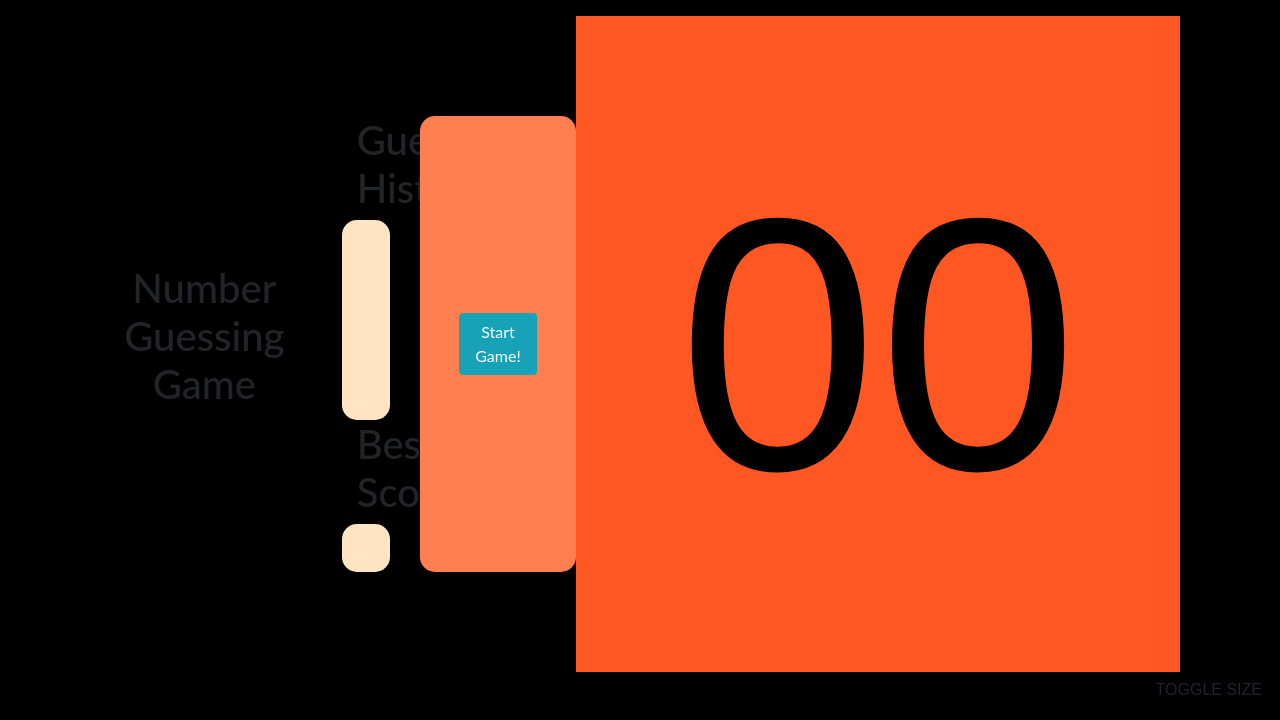
Repository: tts2610/NumberGuessingGame
Page: index.html
An editor plug-in stored every save of this project. The page is shown before and after the next save, followed by the edit.
The browser window is 1280 px wide. The pictures show the whole page.

Above is the page before, as saved 2020-05-13 19:29:32.
Console error: ReferenceError: Hammer is not defined

### index.html
<!DOCTYPE html>
<html lang="en">

<head>
    <meta charset="UTF-8">
    <meta name="viewport" content="width=device-width, initial-scale=1.0">
    <title>Document</title>
    <link rel="stylesheet" href="https://maxcdn.bootstrapcdn.com/bootstrap/4.4.1/css/bootstrap.min.css">

    <!-- jQuery library -->
    <script src="https://ajax.googleapis.com/ajax/libs/jquery/3.4.1/jquery.min.js"></script>

    <!-- Popper JS -->
    <script src="https://cdnjs.cloudflare.com/ajax/libs/popper.js/1.16.0/umd/popper.min.js"></script>

    <!-- Latest compiled JavaScript -->
    <script src="https://maxcdn.bootstrapcdn.com/bootstrap/4.4.1/js/bootstrap.min.js"></script>
    <link rel="stylesheet" href="css/style.css">

</head>

<body>

    <section class="container pb-5 pt-3 numberGuessingBox">
        <div id="customAlert"></div>
        <h1 style="text-align: center;" class="mb-3">Number Guessing Game</h1>
        <div class="row">
            <div class="col-5 left_handSide px-5">
                <h1 style="text-align: center;">Guesses History</h1>
                <div class="row box-1 py-4 px-4" id="guessHistory">

                </div>
                <h1 style="text-align: center;">Best Scores</h1>
                <div class="row box-2 py-4 px-4" id="ranking">

                </div>
            </div>
            <div class="col-7 right_handSide px-5">
                <button onclick="startGame()" class="btn btn-info" id="startGameBtn">Start Game!</button>

                <div id="inputDiv">
                    <div class="form customForm py-5">
                        <input type="number" class="form-control" id="guessInput" placeholder="Enter your guess here:" autofocus="autofocus" required>
                        <div class="submitBtn">
                            <button type="button" class="btn btn-primary mt-4" onclick="guessSubmit()" id="guessBtn">Guess</button>
                            <button type="button" class="btn btn-danger mt-4" onclick="reset()" id=resetBtn>Reset</button>
                        </div>
                    </div>
                    <div class="result">
                        <div>Guess Remaining:
                            <span id="guessRemaining"></span>
                        </div>
                        <div>Time Remaining:
                            <span id="secondRemaining"></span>s</div>
                    </div>
                </div>


            </div>
        </div>
        <div class="container">
            <div class="countdown countdown--wide" id="countdown">
                <div class="countdown__fill" id="ticker"></div>
                <div class="countdown__digit" id="seconds">00</div>
                <!--.countdown__buttons-->
                <!--	.countdown__button +-->
                <!--	.countdown__button --->
            </div>
        </div>
        <a class="full-button" id="toggle">Toggle size</a>
    </section>

    <script src="js/script.js"></script>
</body>

</html>

### css/style.css
body {
    font-family: 'Lato';
}

.numberGuessingBox .row .left_handSide .box-1 {
    background-color: bisque;
    height: 200px;
    border-radius: 15px;
    display: flex;
    flex-direction: column;
}

.numberGuessingBox .row .left_handSide .box-2 {
    background-color: bisque;
    height: auto;
    border-radius: 15px;
    display: flex;
    flex-direction: column;
}

.numberGuessingBox .row .right_handSide {
    background-color: coral;
    border-radius: 15px;
    width: auto;
}

.numberGuessingBox .row .right_handSide .customForm {
    width: 50%;
    position: absolute;
    top: 30%;
    left: 50%;
    transform: translate(-50%, -50%);
}

.numberGuessingBox .row .right_handSide .result {
    width: 50%;
    position: absolute;
    top: 65%;
    left: 50%;
    transform: translate(-50%, -50%);
    font-size: xx-large;
    text-align: center;
}

.numberGuessingBox .row .right_handSide .customForm .submitBtn {
    display: flex;
    justify-content: space-around;
}

#inputDiv {
    display: none;
}

#startGameBtn {
    width: 50%;
    position: absolute;
    top: 50%;
    left: 50%;
    transform: translate(-50%, -50%);
}

#ranking {
    display: flex;
    flex-direction: inherit;
}

html,
body {
    height: 100%;
}

body {
    background: black;
}

* {
    touch-action: none;
}

.container {
    height: 100%;
    display: -webkit-box;
    display: flex;
    -webkit-box-pack: center;
    justify-content: center;
    -webkit-box-align: center;
    align-items: center;
    overflow: hidden;
}

.countdown {
    display: block;
    width: 66vmin;
    height: 66vmin;
    position: relative;
    display: -webkit-box;
    display: flex;
    -webkit-box-pack: center;
    justify-content: center;
    -webkit-box-align: center;
    align-items: center;
    font-family: 'Oswald', sans-serif;
    font-weight: 400;
    font-size: 25vmin;
    border-radius: 50%;
    overflow: hidden;
    cursor: pointer;
    -webkit-transition: width, height, border-radius, font-size;
    transition: width, height, border-radius, font-size;
    -webkit-transition-duration: 0.2s;
    transition-duration: 0.2s;
}

.countdown--ended {
    -webkit-animation: buzz 0.5s;
    animation: buzz 0.5s;
}

.countdown:active {
    -webkit-transform: scale(1.02);
    transform: scale(1.02);
}

@-webkit-keyframes buzz {
    0% {
        -webkit-transform: rotate(0);
        transform: rotate(0);
    }
    10%,
    30%,
    50%,
    70%,
    90% {
        -webkit-transform: rotate(6deg);
        transform: rotate(6deg);
    }
    20%,
    40%,
    60%,
    80% {
        -webkit-transform: rotate(-6deg);
        transform: rotate(-6deg);
    }
    100% {
        -webkit-transform: rotate(0);
        transform: rotate(0);
    }
}

@keyframes buzz {
    0% {
        -webkit-transform: rotate(0);
        transform: rotate(0);
    }
    10%,
    30%,
    50%,
    70%,
    90% {
        -webkit-transform: rotate(6deg);
        transform: rotate(6deg);
    }
    20%,
    40%,
    60%,
    80% {
        -webkit-transform: rotate(-6deg);
        transform: rotate(-6deg);
    }
    100% {
        -webkit-transform: rotate(0);
        transform: rotate(0);
    }
}

.countdown--wide {
    width: 100%;
    height: 100%;
    font-size: 50vmin;
    border-radius: 0;
}

.countdown__fill {
    display: block;
    width: 100%;
    height: 100%;
    position: absolute;
    left: 0;
    bottom: 0;
    background: #FF5722;
    opacity: 1;
}

.countdown__digit {
    width: 100%;
    color: #FF5722;
    text-align: center;
    mix-blend-mode: difference;
    pointer-events: none;
    -webkit-user-select: none;
    -moz-user-select: none;
    -ms-user-select: none;
    user-select: none;
}

.countdown__buttons {
    position: absolute;
    right: 50px;
    top: 50%;
    height: 200px;
    margin-top: -100px;
    color: white;
    z-index: 1;
}

.countdown__button {
    height: 50%;
}

.full-button {
    position: absolute;
    right: 10px;
    bottom: 10px;
    padding: 1em 0.5em 0.5em 2em;
    font-family: 'Oswald', sans-serif;
    text-transform: uppercase;
    color: white;
    cursor: pointer;
}

### js/script.js
function Timer(duration, element) {
    var self = this;
    this.duration = duration;
    this.element = element;
    this.running = false;

    this.els = {
        ticker: document.getElementById('ticker'),
        seconds: document.getElementById('seconds'),
    };

    document.getElementById('toggle').addEventListener('click', function() {
        var cl = 'countdown--wide';
        if (self.element.classList.contains(cl)) {
            self.element.classList.remove(cl);
        } else {
            self.element.classList.add(cl);
        }
    });

    var hammerHandler = new Hammer(this.element);
    hammerHandler.get('pan').set({ direction: Hammer.DIRECTION_VERTICAL });
    hammerHandler.on('panup pandown', function(ev) {
        if (!self.running) {
            if (ev.direction === Hammer.DIRECTION_UP && self.duration < 999000) {
                self.setDuration(self.duration + 1000);
            } else if (ev.direction === Hammer.DIRECTION_DOWN && self.duration > 0) {
                self.setDuration(self.duration - 1000);
            }
        }
    });

    hammerHandler.on('tap', function() {
        if (self.running) {
            self.reset();
        } else {
            self.start();
        }
    })
}

Timer.prototype.start = function() {
    var self = this;
    var start = null;
    this.running = true;
    var remainingSeconds = this.els.seconds.textContent = this.duration / 1000;

    function draw(now) {
        if (!start) start = now;
        var diff = now - start;
        var newSeconds = Math.ceil((self.duration - diff) / 1000);

        if (diff <= self.duration) {
            self.els.ticker.style.height = 100 - (diff / self.duration * 100) + '%';

            if (newSeconds != remainingSeconds) {
                self.els.seconds.textContent = newSeconds;
                remainingSeconds = newSeconds;
            }

            self.frameReq = window.requestAnimationFrame(draw);
        } else {
            //self.running = false;
            self.els.seconds.textContent = 0;
            self.els.ticker.style.height = '0%';
            self.element.classList.add('countdown--ended');
        }
    };

    self.frameReq = window.requestAnimationFrame(draw);
}

Timer.prototype.reset = function() {
    this.running = false;
    window.cancelAnimationFrame(this.frameReq);
    this.els.seconds.textContent = this.duration / 1000;
    this.els.ticker.style.height = null;
    this.element.classList.remove('countdown--ended');
}

Timer.prototype.setDuration = function(duration) {
    this.duration = duration;
    this.els.seconds.textContent = this.duration / 1000;
}


var timer = new Timer(30000, document.getElementById('countdown'));
timer.start();

After the next save:
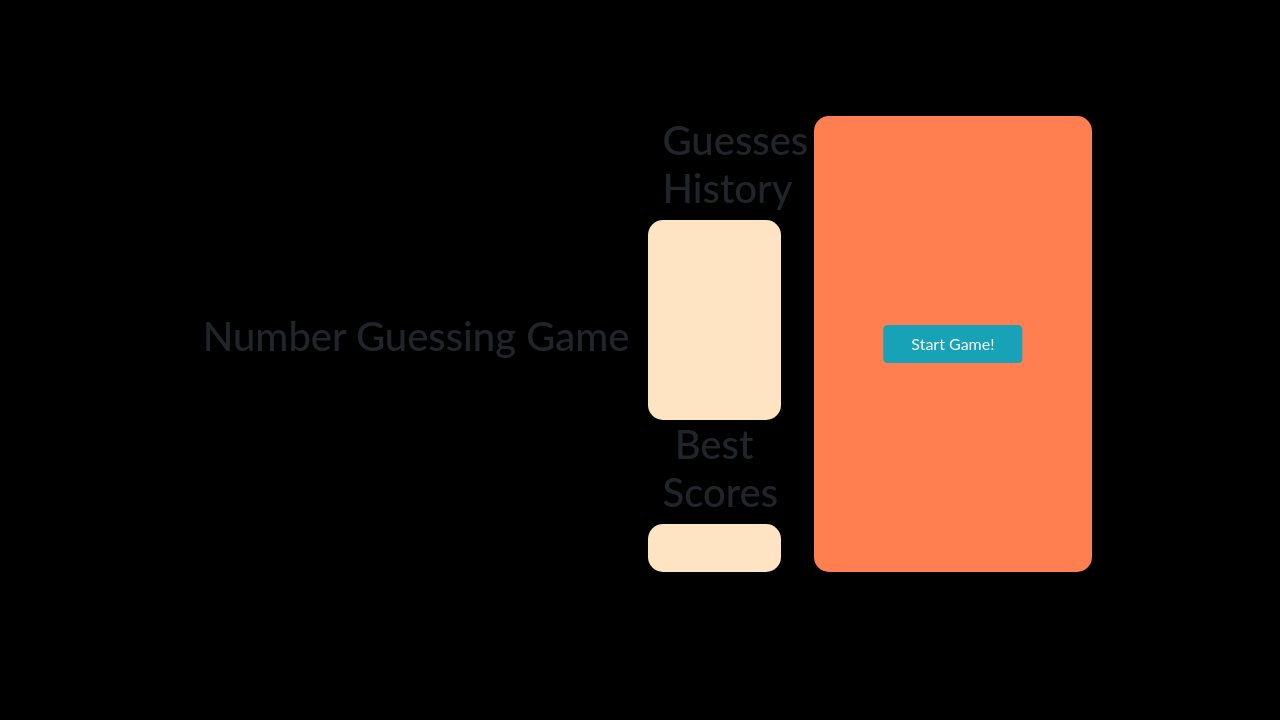
Console error: TypeError: Cannot read properties of null (reading 'addEventListener')
Saved 30 s later.
--- a/index.html
+++ b/index.html
@@ -58,16 +58,6 @@
 
             </div>
         </div>
-        <div class="container">
-            <div class="countdown countdown--wide" id="countdown">
-                <div class="countdown__fill" id="ticker"></div>
-                <div class="countdown__digit" id="seconds">00</div>
-                <!--.countdown__buttons-->
-                <!--	.countdown__button +-->
-                <!--	.countdown__button --->
-            </div>
-        </div>
-        <a class="full-button" id="toggle">Toggle size</a>
     </section>
 
     <script src="js/script.js"></script>
